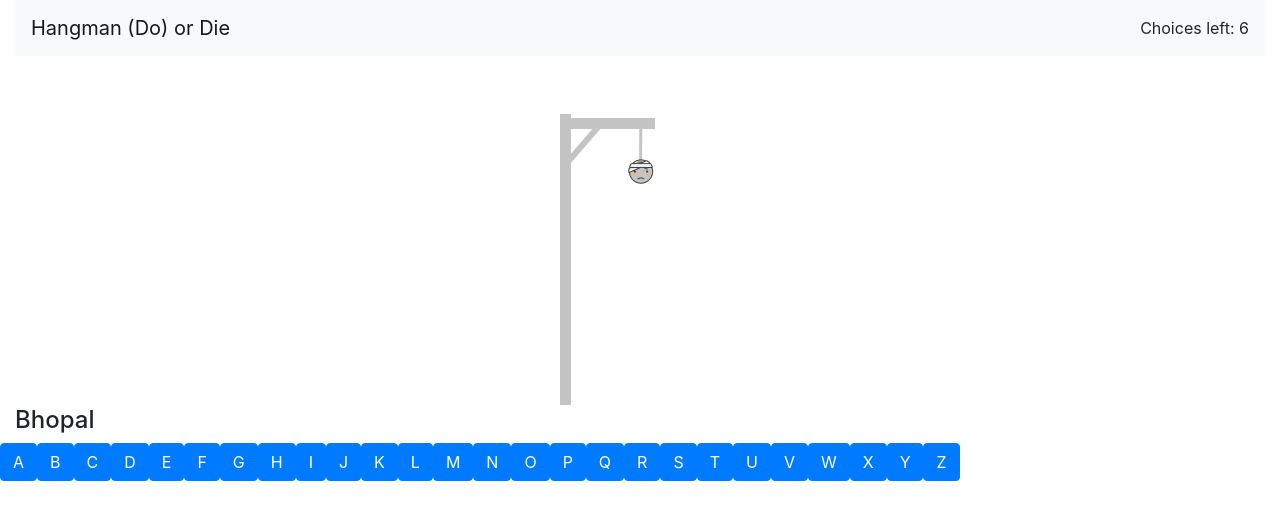
Repository: jatinhchanchlani/hangman
Page: /
The author's editor kept a copy of each file at every save. The page is drawn from the files as they stood at one save, then again after the next save.
The browser window is 1280 px wide. The pictures show the whole page.
The project was rebuilt for these pictures with package versions that can differ from the ones it lists, and the page was loaded fresh each time. Also part of the build but not shown: src/App.css.

Above is the page before, as saved 2020-10-17 16:45:16.

### src/index.js
import React from 'react';
import ReactDOM from 'react-dom';
import './index.css';
import App from './App';
import * as serviceWorker from './serviceWorker';
import 'bootstrap/dist/css/bootstrap.css';

ReactDOM.render( <
  React.StrictMode >
  <
  App / >
  <
  /React.StrictMode>,
  document.getElementById('root')
);

// If you want your app to work offline and load faster, you can change
// unregister() to register() below. Note this comes with some pitfalls.
// Learn more about service workers: https://bit.ly/CRA-PWA
serviceWorker.unregister();

### src/App.js
import React from 'react';
import './App.css';
import Game from './components/game';

function App() {
  return ( <
    Game / >
  );
}

export default App;

### src/components/game.jsx
import React, { Component } from "react";
import Image from "./image";
import Header from "./header";
import Letters from "./letters";
import { getRandomCity } from "../model/cities";

const MAX_CHOICES = 6;

class Game extends Component {
  state = { maxChoices: MAX_CHOICES, choicesLeft: MAX_CHOICES };
  render() {
    return (
      <div className="container-fluid">
        <Header choicesLeft={this.state.choicesLeft} />
        <Image
          choicesLeft={this.state.choicesLeft}
          maxChoices={this.state.maxChoices}
        />

        <h4>{getRandomCity()}</h4>
        <Letters />
      </div>
    );
  }
}

export default Game;

### src/components/image.jsx
import React, { Component } from "react";

class Image extends Component {
  render() {
    const { choicesLeft, maxChoices } = this.props;
    const imagePath = maxChoices - 5 + ".jpg";
    return (
      <div className="row">
        <div className="col col-sm-5"></div>
        <img
          className="card-image image-fluid"
          src={require("../images/" + imagePath)}
          alt="test"
          onClick={() => this.props.onClick(this.props.card)}
        />
      </div>
    );
  }
}

export default Image;

### src/components/header.jsx
import React, { Component } from "react";

class Header extends Component {
  render() {
    return (
      <nav class="navbar navbar-expand-md navbar-light bg-light">
        <div class="navbar-collapse collapse w-100 order-1 order-md-0 dual-collapse2">
          <div class="navbar-brand">Hangman (Do) or Die</div>
        </div>
        <div class="navbar-collapse collapse w-100 order-3 dual-collapse2">
          <ul class="navbar-nav ml-auto">
            <li class="nav-item">
              <span class="nav-item">
                Choices left: {this.props.choicesLeft}
              </span>
            </li>
          </ul>
        </div>
      </nav>
    );
  }
}

export default Header;

### src/components/letters.jsx
import React, { Component } from "react";

class Letters extends Component {
  render() {
    return (
      <div className="row">
        {Array(26)
          .fill()
          .map((_, index) => String.fromCharCode("A".charCodeAt(0) + index))
          .map((char) => (
            <button key={char} className="btn btn-primary">
              {char}
            </button>
          ))}
      </div>
    );
  }
}

export default Letters;

### src/model/cities.js
const MIN = 0;
const MAX = 24;

const cities = {
    0: "Mumbai",
    1: "New Delhi",
    2: "Chennai",
    3: "Hyderabad",
    4: "Bengaluru",
    5: "Ahmedabad",
    6: "Jaipur",
    7: "Kolkata",
    8: "Lucknow",
    9: "Bhopal",
    10: "Chandigarh",
    11: "Patna",
    12: "Jabalpur",
    13: "Pune",
    14: "Surat",
    15: "Indore",
    16: "Kanpur",
    17: "Visakhapatnam",
    18: "Agra",
    19: "Varanasi",
    20: "Amritsar",
    21: "Udaipur",
    22: "Noida",
    23: "Ludhiana",
    24: "Gwalior",
}

// Returns a random number between min and max. Min and max are both inclusive
export function getRandomIntInclusive(min, max) {
    min = Math.ceil(min);
    max = Math.floor(max);
    return Math.floor(Math.random() * (max - min + 1) + min);
}

export function getRandomCity() {
    return cities[getRandomIntInclusive(MIN, MAX)];
}

Loaded but not shown: public/index.html (common file); src/index.css (common file); src/serviceWorker.js (common file)

After the next save:
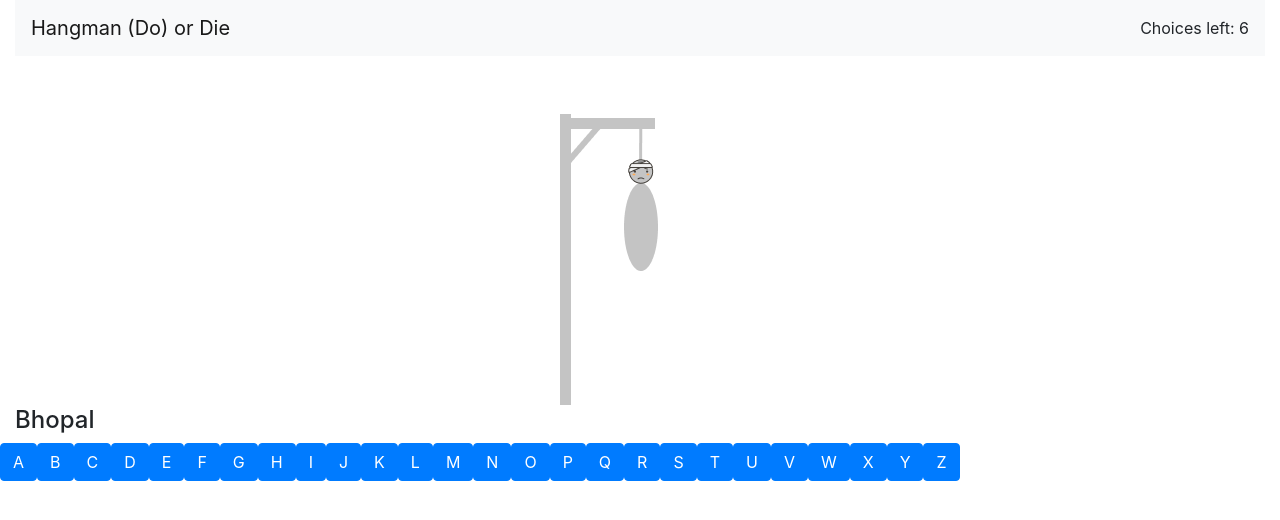
Saved 6 s later.
--- a/src/components/image.jsx
+++ b/src/components/image.jsx
@@ -3,7 +3,7 @@ import React, { Component } from "react";
 class Image extends Component {
   render() {
     const { choicesLeft, maxChoices } = this.props;
-    const imagePath = maxChoices - 5 + ".jpg";
+    const imagePath = maxChoices - 4 + ".jpg";
     return (
       <div className="row">
         <div className="col col-sm-5"></div>
